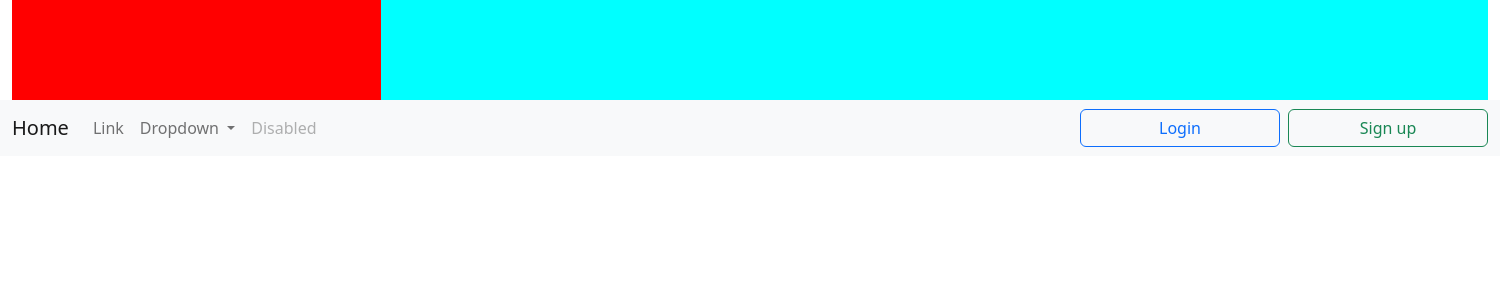
Repository: nguyenhung50497/MD2_bootstrap
Page: BT_giaoDienWeb/index.html
The author's editor kept a copy of each file at every save. The page is drawn from the files as they stood at one save, then again after a run of saves.
The browser window is 1280 px wide. The page is 1500 px wide, so the pictures cover 1500 px, including what lies to the right of the window. The pictures show the whole page.

Above is the page before, as saved 2022-11-30 13:52:27.

After the next 2 saves:
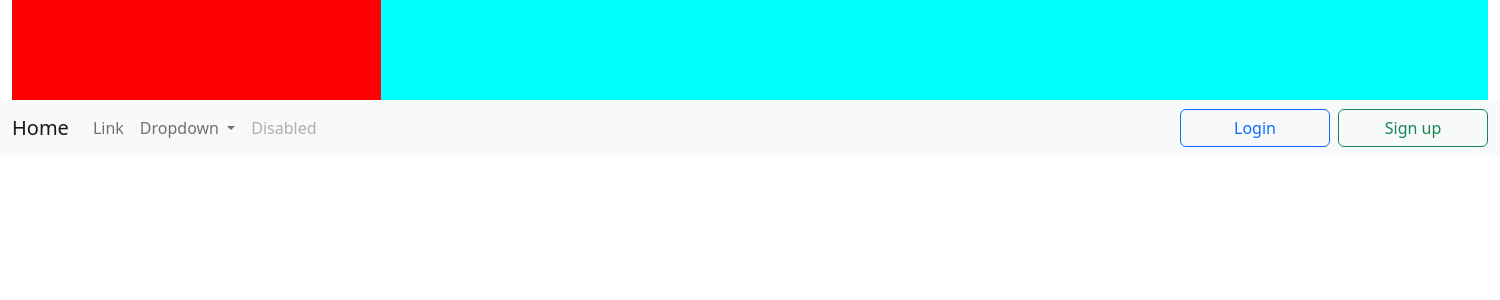
The 2 saves are shown as one change because they came seconds apart.
The last was saved 7 s later.
--- a/BT_giaoDienWeb/index.html
+++ b/BT_giaoDienWeb/index.html
@@ -56,8 +56,8 @@
               </li>
             </ul>
             <form class="d-flex" role="search">
-              <button class="form-control me-2 btn btn-outline-primary" style="width: 200px;">Login</button>
-              <button class="btn btn-outline-success" type="submit" style="width: 200px;">Sign up</button>
+              <button class="form-control me-2 btn btn-outline-primary" style="width: 150px;">Login</button>
+              <button class="btn btn-outline-success" type="submit" style="width: 150px;">Sign up</button>
             </form>
           </div>
         </div>
